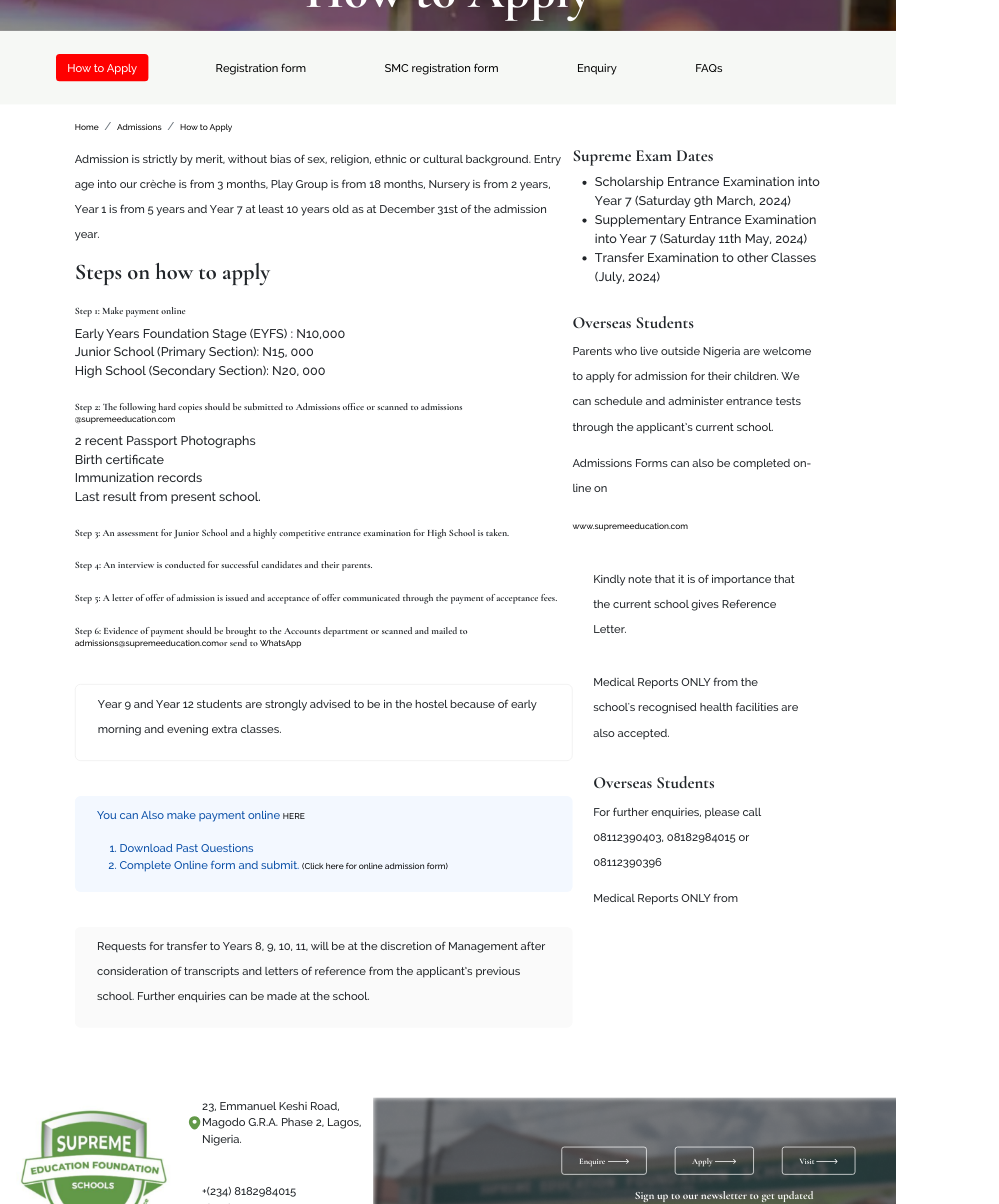
Repository: sarahnnanyelugo/supreme-education
Page: /apply
An editor plug-in stored every save of this project. The page is shown before and after the next save, followed by the edit.
The browser window is 1280 px wide. The page is 1427 px wide, so the pictures cover 1427 px, including what lies to the right of the window. The pictures show the part of the page from y = 633 to 2353 px (the page is 2764 px tall before and 2825 px after), at 70% of full size.
The project was rebuilt for these pictures with package versions that can differ from the ones it lists, and the page was loaded fresh each time. Also part of the build but not shown: src/pages/Home/News/news.scss, src/pages/Home/News/News.js, src/pages/Home/Home.js, src/pages/Founder/founder.scss, src/pages/Founder/Founder.js, src/pages/CEO/ceo.scss, src/pages/CEO/CEO.js, src/pages/WhoWeAre/who-we-are.scss and 5 more.

Above is the page before, as saved 2023-12-20 13:00:50.

After the next save:
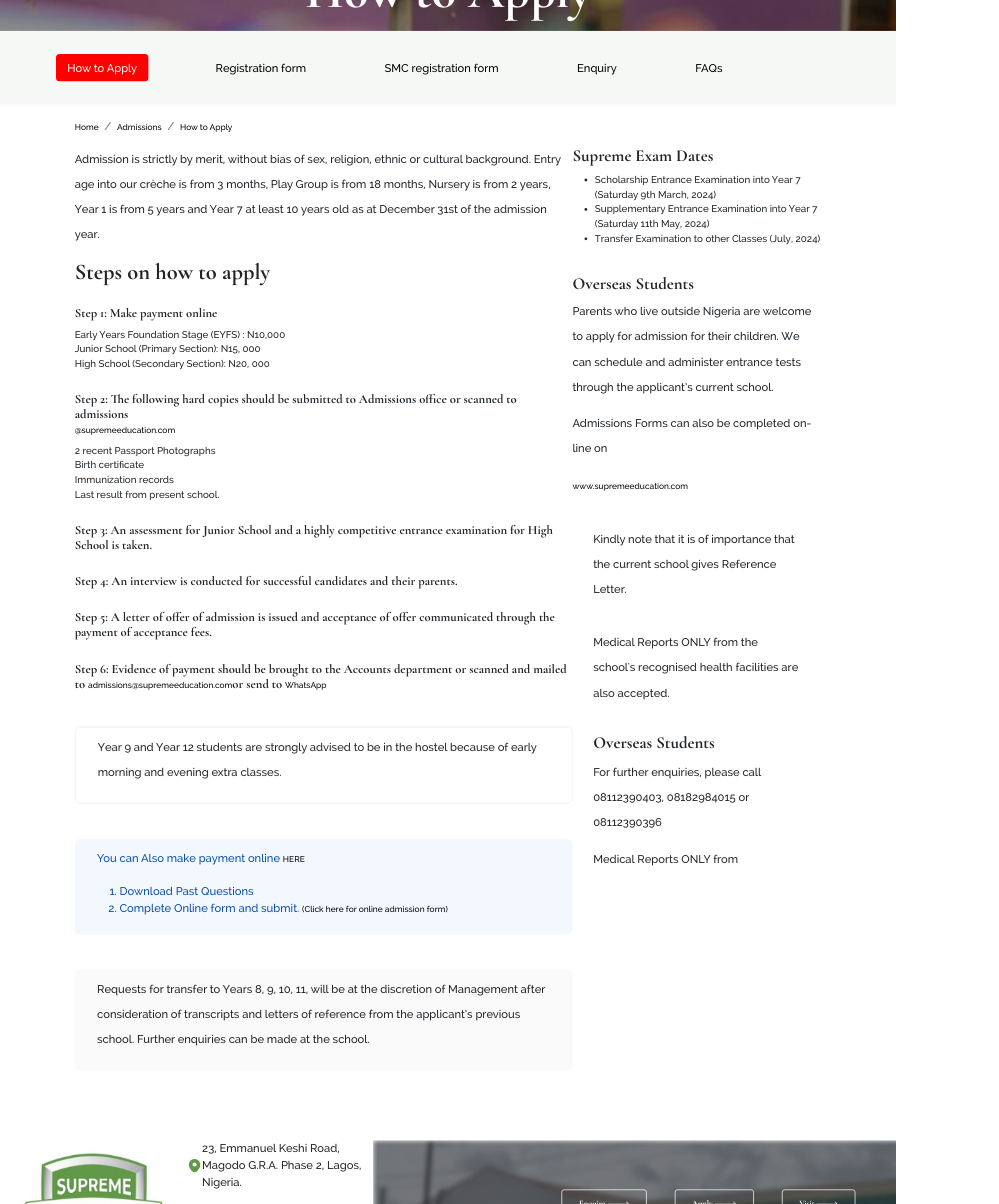
Saved 19 s later.
--- a/src/pages/Apply/apply.scss
+++ b/src/pages/Apply/apply.scss
@@ -32,10 +32,10 @@
   }
   h6 {
     margin-top: 30px;
-    font-size: 14px;
+    font-size: 18px;
   }
   ul li {
-    font-size: 18px;
+    font-size: 14px;
   }
   a {
   }
